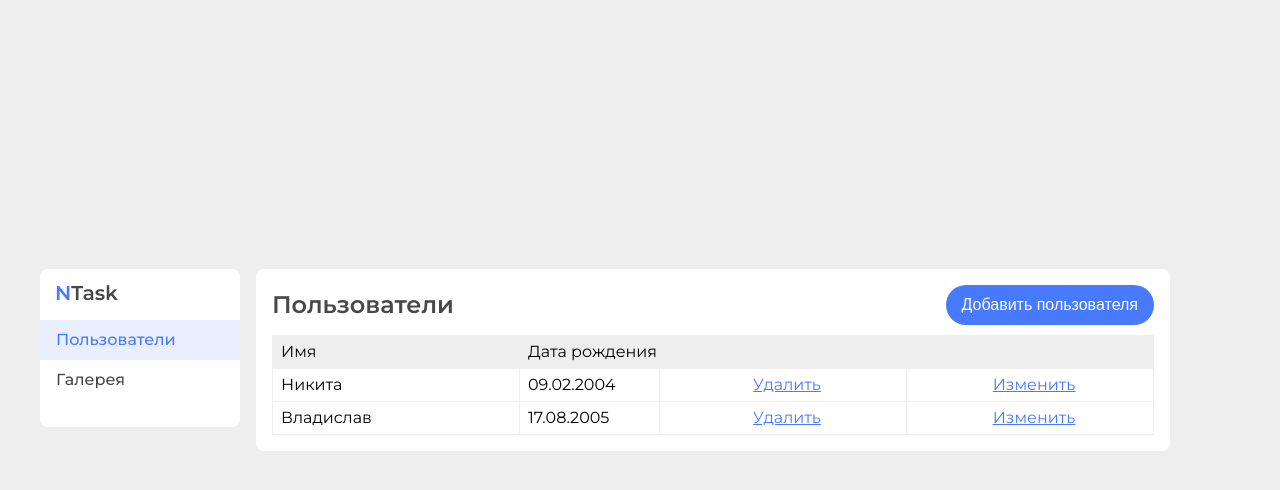
Repository: Grid-Master/NTask
Page: /gallery
An editor plug-in stored every save of this project. The page is shown before and after the next save, followed by the edit.
The browser window is 1280 px wide. The pictures show the whole page.
The project was rebuilt for these pictures with package versions that can differ from the ones it lists, and the page was loaded fresh each time. Also part of the build but not shown: src/components/gallery/gallery.sass, src/components/gallery/Gallery.tsx, src/components/updateUser/updateUser.sass, src/components/updateUser/UpdateUser.tsx.

Above is the page before, as saved 2023-06-09 19:37:40.

After the next save:
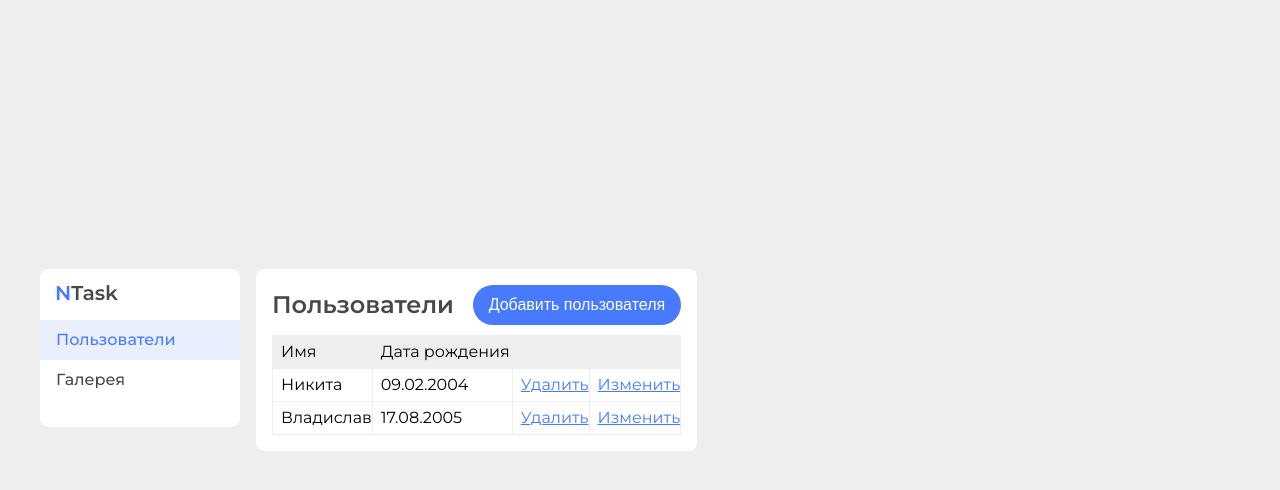
Saved 50 s later.
--- a/src/components/userList/userList.sass
+++ b/src/components/userList/userList.sass
@@ -31,7 +31,7 @@
         // width: 952px
         td
             border: 1px solid #EEEEEE
-            width: 238px
+            // width: 238px
             text-align: start
             padding: 8px 0
             padding-left: 8px
